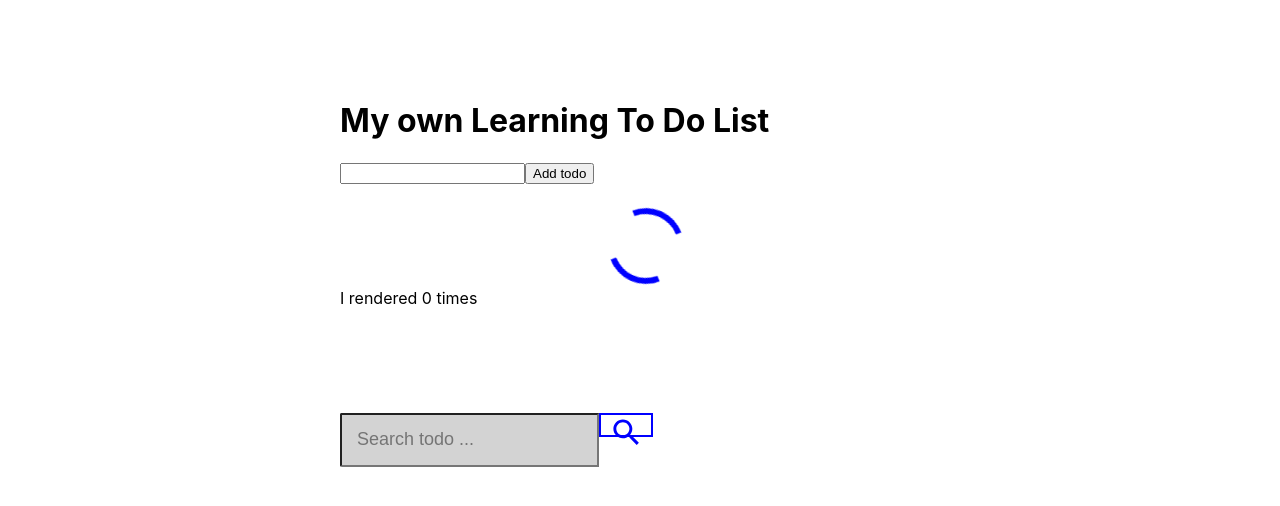
Repository: ArusyakAghajanyan/To-Do
Page: /
These files come from the project's save history. The page is drawn as it stood at one moment and after the next save; the edit follows.
The browser window is 1280 px wide. The pictures show the whole page.
The page's requests for data from a server got no answer. The project was rebuilt for these pictures with package versions that can differ from the ones it lists, and the page was loaded fresh each time. No one was signed in, and anything a server would have sent is missing. Also part of the build but not shown: src/Todo/TodoItem.js, src/Todo/TodoList.js.

Above is the page before, as saved 2022-03-11 02:16:21.

### src/index.css
body {
  margin: 0;
  font-family: -apple-system, BlinkMacSystemFont, 'Segoe UI', 'Roboto', 'Oxygen',
    'Ubuntu', 'Cantarell', 'Fira Sans', 'Droid Sans', 'Helvetica Neue',
    sans-serif;
  -webkit-font-smoothing: antialiased;
  -moz-osx-font-smoothing: grayscale;
}

code {
  font-family: source-code-pro, Menlo, Monaco, Consolas, 'Courier New',
    monospace;
}
.wrapper {
  padding-top: 5rem;
  margin: 0 auto;
  width: 600px;
}
.rm {
  background: red;
  border-radius: 50%;
  color:#fff;
  border: none;
}

.done {
  text-decoration: line-through;
}

.lds-dual-ring {
  display: inline-block;
  width: 80px;
  height: 80px;
}

.lds-dual-ring:after {
  content: " ";
  display: block;
  width: 64px;
  height: 64px;
  margin: 8px;
  border-radius: 50%;
  border: 6px solid blue;
  border-color: blue transparent blue transparent;
  animation: lds-dual-ring 1.2s linear infinite;
}
@keyframes lds-dual-ring {
  0% {
    transform: rotate(0deg);
  }
  100% {
    transform: rotate(360deg);
  }
}

### src/App.js
import React, { useEffect, useRef } from 'react'
import TodoList from './Todo/TodoList'
import Context from './context'
import Loader from './Loader'
import SearchBar from './Search/SearchBar'

const AddTodo = React.lazy(
  () =>
  new Promise(resolve => {
    setTimeout(() => {
      resolve(import('./Todo/AddTodo'))
    }, 3000)
  })
  )

function App() {
  const [todos, setTodos] = React.useState([])
    // { id: 1, completed: false, title: 'Learn HTML, CSS'},
    // { id: 2, completed: true, title: 'Learn Js'},
    // { id: 3, completed: false, title: 'Learn React'},
    // { id: 4, completed: false, title: 'Learn Java'}
  const [loading, setLoading] = React.useState(true)
  const renderCount = useRef(0)

  useEffect(() => {
    renderCount.current = renderCount.current + 1
  })


useEffect(() => {
  fetch('https://jsonplaceholder.typicode.com/todos?_limit=5')
    .then(response => response.json())
    .then(todos => {
      setTimeout(() => {
        setTodos(todos)
        setLoading(false)
      }, 2000)
    })
}, [])

  function toggleTodo(id){
    setTodos(
    todos.map(todo => {
    if (todo.id === id) {
      todo.completed = !todo.completed
    }
    return todo
    })
    )
  }

  function removeTodo(id){
   setTodos(todos.filter(todo => todo.id !== id))
  }

  function addTodo(title) {
    setTodos(todos.concat([{
      title,
      id: Date.now(),
      completed: false
    }]))
  }
  return (
    <Context.Provider value={{ removeTodo }}>
    <div className='wrapper'>
      <h1>My own Learning To Do List</h1>
      <React.Suspense fallback={<p>Loading...</p>}>

      <AddTodo onCreate={addTodo} />
      </React.Suspense>
      {loading && <Loader />}
      {todos.length ? (
      <TodoList todos={todos} onToggle={toggleTodo} />
      ) : loading ? null : (
        <p>No todos!</p>
       )}
       <div> I rendered {renderCount.current} times </div>
       <div >
      <SearchBar placeholder="Search todo ..." data={todos} />
    </div>

    </div>
    </Context.Provider>

  )
}

export default App

// className="App"

### src/Loader.js
import React from 'react'

export default () => <div style={{display: 'flex', justifyContent: 'center', margin: '.5rem' }}>
    <div className="lds-dual-ring" /></div>

### src/Search/SearchBar.js
import React, { useState } from "react";
import "./SearchBar.css";
import SearchIcon from '@mui/icons-material/Search';
import CloseIcon from '@mui/icons-material/Close';

function SearchBar({ placeholder, data }) {
  const [filteredData, setFilteredData] = useState([]);
  const [wordEntered, setWordEntered] = useState("");

  const handleFilter = (event) => {
    const searchWord = event.target.value;
    setWordEntered(searchWord);
    const newFilter = data.filter((value) => {
      return value.title.toLowerCase().includes(searchWord.toLowerCase());
    });

    if (searchWord === "") {
      setFilteredData([]);
    } else {
      setFilteredData(newFilter);
    }
  };

  const clearInput = () => {
    setFilteredData([]);
    setWordEntered("");
  };

  return (
    <div className="search">
      <div className="searchInputs">
        <input
          type="text"
          placeholder={placeholder}
          value={wordEntered}
          onChange={handleFilter}

        />
        <div className="searchIcon">
          {filteredData.length === 0 ? (
            <SearchIcon />
          ) : (
            <CloseIcon id="clearBtn" onClick={clearInput} />
          )}
        </div>
      </div>
      {filteredData.length != 0 && (
        <div className="dataResult">
          {filteredData.slice(0, 15).map((value, key) => {
            return (
              <a className="dataItem" href={value.link} target="_blank">
                <p>{value.title} </p>
              </a>
            );
          })}
        </div>
      )}
    </div>
  );

}

export default SearchBar;

### src/Todo/AddTodo.js
import React, { useState } from "react";
import PropTypes from "prop-types";

function useInputValue(defaultValue = " ") {
  const [value, setValue] = useState(defaultValue);
  return {
    bind: {
      value,
      onChange: (event) => setValue(event.target.value),
    },
    clear: () => setValue(""),
    value: () => value,
  };
}

function AddTodo({ onCreate }) {
  const input = useInputValue(" ");

  function submitHandler(event) {
    event.preventDefault();

    if (input.value().trim()) {
      onCreate(input.value());
      input.clear();
    }
  }

  return (
    <form style={{ marginBottom: "1rem" }} onSubmit={submitHandler}>
      <input {...input.bind} />
      <button type="submit">Add todo</button>
    </form>
  );
}

AddTodo.propTypes = {
  onCreate: PropTypes.func.isRequired,
};

export default AddTodo;

### src/Search/SearchBar.css
.searchInputs {
    margin-top: 105px;
    display: flex;
  }

  .search input{
    background-color: lightgray;
    /* border: 2px solid gray; */
    border-radius: 2px;
    border-top-right-radius: 0px;
    border-bottom-right-radius: 0px;
    font-size: 18px;
    padding: 15px;
    height: 20px;
    width: 225px;
  }

  .searchIcon {
    border: 2px solid blue;
    height: 20px;
    width: 50px;
    background-color: white;
    display: grid;
    place-items: center;
    color: blue;
  }

  input:focus {
    outline: none;
  }
  .searchIcon svg {
    font-size: 35px;
  }

  .dataResult {
    margin-top: 0px;
    width: 300px;
    height: 200px;
    background-color: lightgray;
    box-shadow: rgba(0, 0, 0, 0.35) 0px 5px 15px;
    overflow: hidden;
    overflow-y: auto;
  }

  .dataResult::-webkit-scrollbar {
    display: none;
  }

  .dataResult .dataItem {
    width: 100%;
    height: 50px;
    display: flex;
    align-items: center;
    color: black;
  }

  .dataItem p {
    margin-left: 10px;
  }
  a {
    text-decoration: none;
  }

  a:hover {
    background-color: lightgrey;
  }

  #clearBtn {
    cursor: pointer;
  }

Loaded but not shown: public/index.html (common file); src/index.js (common file); src/reportWebVitals.js (common file); src/context.js (common file)

After the next save:
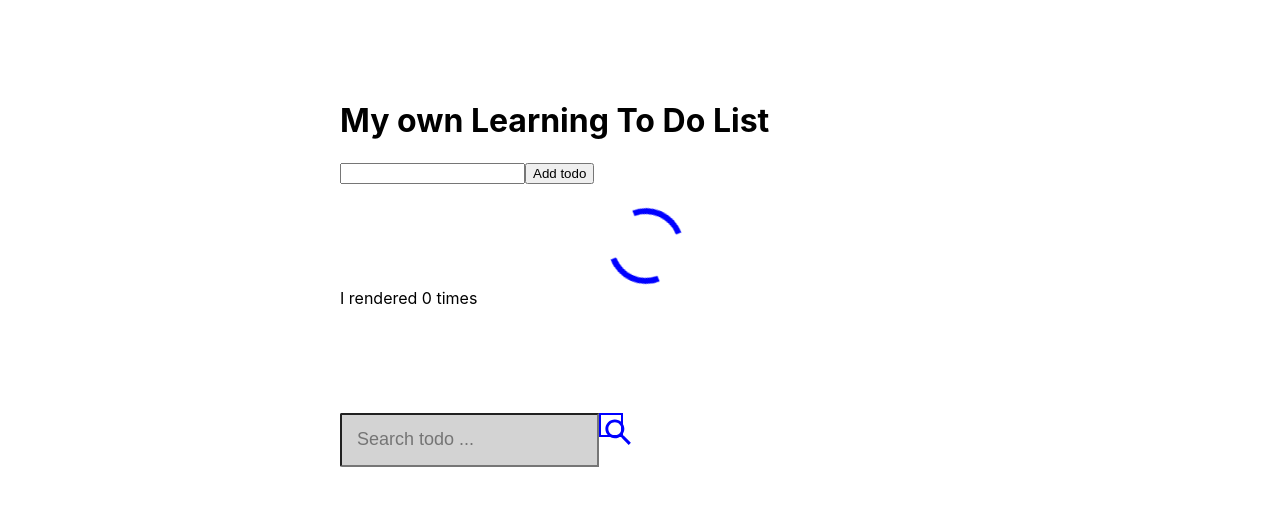
Saved 10 s later.
--- a/src/Search/SearchBar.css
+++ b/src/Search/SearchBar.css
@@ -18,7 +18,7 @@
   .searchIcon {
     border: 2px solid blue;
     height: 20px;
-    width: 50px;
+    width: 20px;
     background-color: white;
     display: grid;
     place-items: center;

After the 2 saves that followed:
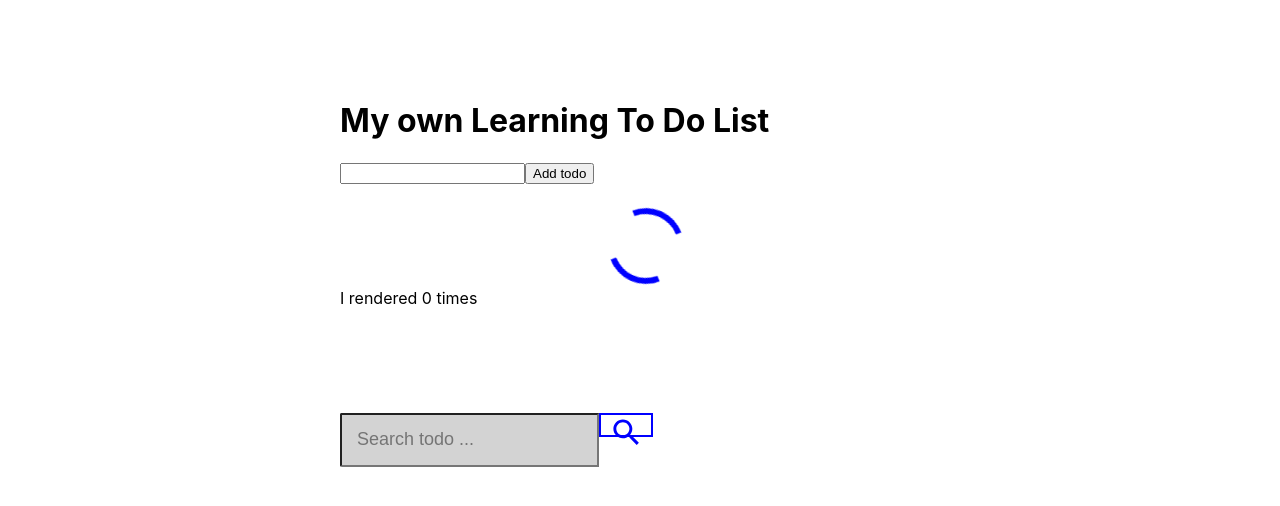
The 2 saves are shown as one change because they came seconds apart.
The last was saved 27 s later.
--- a/src/Search/SearchBar.css
+++ b/src/Search/SearchBar.css
@@ -18,7 +18,7 @@
   .searchIcon {
     border: 2px solid blue;
     height: 20px;
-    width: 20px;
+    width: 50px;
     background-color: white;
     display: grid;
     place-items: center;
